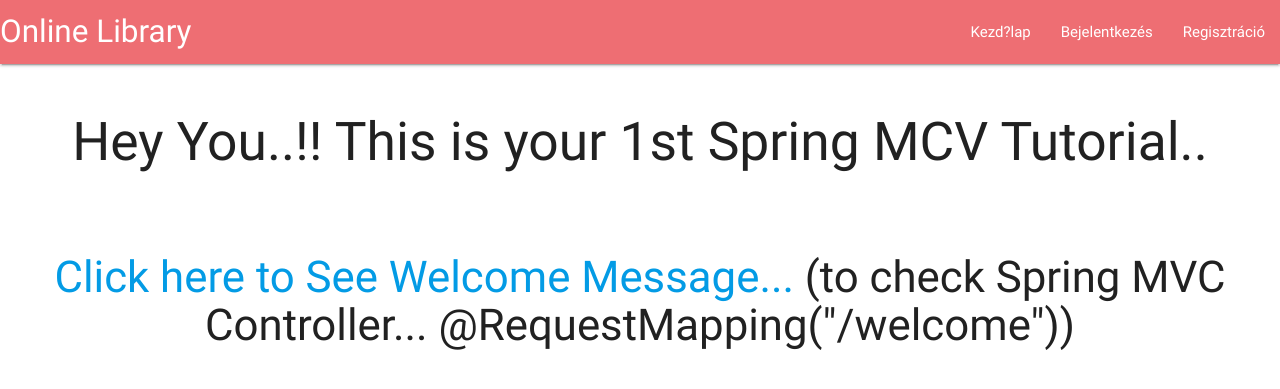
Repository: molnartimi/JavaWeb
Page: http://localhost/OnlineLibrary/
The author's editor kept a copy of each file at every save. The page is drawn from the files as they stood at one save, then again after the next save.
The browser window is 1280 px wide. The pictures show the whole page.
Some web libraries are served in a nearby version. The page is served by Tomcat 9. Other server files are loaded and not shown.

Above is the page before, as saved 2017-04-26 19:19:12.

### OnlineLibrary/WebContent/index.jsp
<html>
<jsp:include page="WEB-INF/jsp/header.jsp"/>
<body>
	<br>
	<div style="text-align:center">
		<h2>
			Hey You..!! This is your 1st Spring MCV Tutorial..<br> <br>
		</h2>
		<h3>
			<a href="welcome.html">Click here to See Welcome Message... </a>(to
			check Spring MVC Controller... @RequestMapping("/welcome"))
		</h3>
	</div>
</body>
</html>

### OnlineLibrary/WebContent/WEB-INF/jsp/header.jsp
<%@taglib prefix="c" uri="http://java.sun.com/jsp/jstl/core" %>
<%@ page language="java" contentType="text/html; charset=UTF-8"
    pageEncoding="UTF-8"%>

<!DOCTYPE html PUBLIC "-//W3C//DTD HTML 4.01 Transitional//EN" "http://www.w3.org/TR/html4/loose.dtd">
<html>
	<head>
		<title>Online Library</title>

      	<link href="http://fonts.googleapis.com/icon?family=Material+Icons" rel="stylesheet">
      	<link type="text/css" rel="stylesheet" href="<c:url value="/resources/css/materialize.min.css" />">

		<script type="text/javascript" src="https://code.jquery.com/jquery-2.1.1.min.js"></script>
    	<script type="text/javascript" src="<c:url value="/resources/js/materialize.min.js" />" ></script>
	</head>
	<body>
		<nav>
			<div class="nav-wrapper">
		      <a href="#" class="brand-logo">Online Library</a>
		      <ul id="nav-mobile" class="right hide-on-med-and-down">
		        <li><a href="index.html">Kezdőlap</a></li>
		        <li><a href="login.html">Bejelentkezés</a></li>
		        <li><a href="registration.html">Regisztráció</a></li>
		      </ul>
		    </div>
		</nav>

	</body>
</html>

Loaded but not shown: OnlineLibrary/WebContent/resources/css/materialize.min.css (library); OnlineLibrary/WebContent/resources/js/materialize.min.js (library)

After the next save:
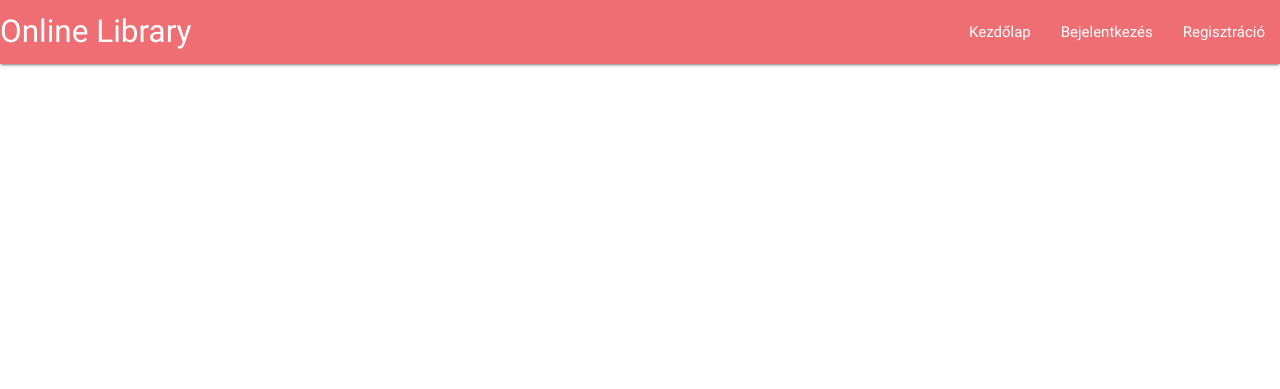
Saved 62 min 0 s later.
--- a/OnlineLibrary/WebContent/index.jsp
+++ b/OnlineLibrary/WebContent/index.jsp
@@ -1,15 +1,28 @@
+<%@ taglib prefix="c" uri="http://java.sun.com/jsp/jstl/core" %>
+<%@ page language="java" contentType="text/html; charset=UTF-8" pageEncoding="UTF-8" %>
+
+<!DOCTYPE html PUBLIC "-//W3C//DTD HTML 4.01 Transitional//EN" "http://www.w3.org/TR/html4/loose.dtd">
 <html>
-<jsp:include page="WEB-INF/jsp/header.jsp"/>
-<body>
-	<br>
-	<div style="text-align:center">
-		<h2>
-			Hey You..!! This is your 1st Spring MCV Tutorial..<br> <br>
-		</h2>
-		<h3>
-			<a href="welcome.html">Click here to See Welcome Message... </a>(to
-			check Spring MVC Controller... @RequestMapping("/welcome"))
-		</h3>
-	</div>
-</body>
+	<head>
+		<title>Online Library</title>
+
+      	<link href="http://fonts.googleapis.com/icon?family=Material+Icons" rel="stylesheet">
+      	<link type="text/css" rel="stylesheet" href="<c:url value="/resources/css/materialize.min.css" />">
+
+		<script type="text/javascript" src="https://code.jquery.com/jquery-2.1.1.min.js"></script>
+    	<script type="text/javascript" src="<c:url value="/resources/js/materialize.min.js" />" ></script>
+	</head>
+	<body>
+		<nav>
+			<div class="nav-wrapper">
+		      <a href="#" class="brand-logo">Online Library</a>
+		      <ul id="nav-mobile" class="right hide-on-med-and-down">
+		        <li><a href="index.html">Kezdőlap</a></li>
+		        <li><a href="login.html">Bejelentkezés</a></li>
+		        <li><a href="registration.html">Regisztráció</a></li>
+		      </ul>
+		    </div>
+		</nav>
+
+	</body>
 </html>
